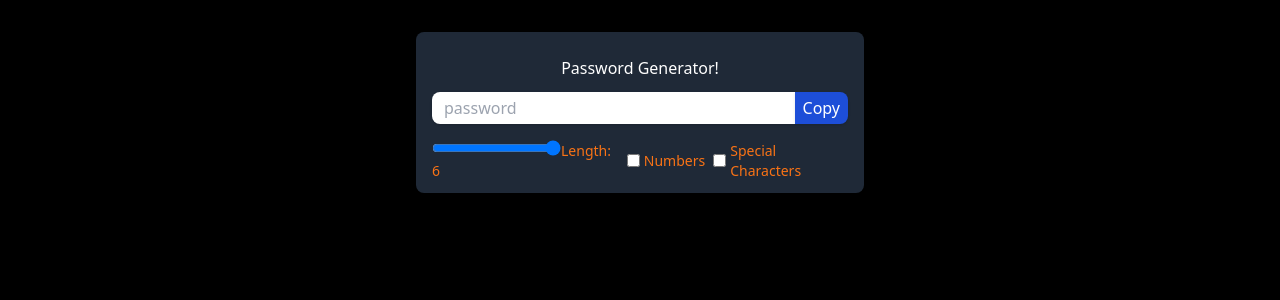
Repository: tirth2014/chai-aur-react
Page: / (app in 05_password-generator/)
An editor plug-in stored every save of this project. The page is shown before and after the next save, followed by the edit.
The browser window is 1280 px wide. The pictures show the whole page.
The project was rebuilt for these pictures with package versions that can differ from the ones it lists, and the page was loaded fresh each time. Also part of the build but not shown: 05_password-generator/vite.config.js.

Above is the page before, as saved 2023-10-07 17:17:57.

### 05_password-generator/src/App.jsx
import { useState } from 'react'

function App() {

  const [password, setPassword] = useState('');
  const [length, setLength] = useState(6);
  const [numsAllowed, setNumsAllowed] = useState(false);
  const [spCharAllowed, setSpCharAllowed] = useState(false);



  return (
    <>
      <div className="w-full max-w-md mx-auto shadow-md rounded-lg px-4 py-3 my-8 bg-gray-800 text-orange-500">
        <h1 className='text-white text-center my-3'>Password Generator!</h1>
        <div className='flex shadow rounded-lg overflow-hidden mb-4'>
          <input
            type="text"
            value={password}
            placeholder='password'
            readOnly
            className='outline-none w-full py-1 px-3'
          />
          <button className='outline-none shadow bg-blue-700 text-white px-2 py-1 shrink-0'>Copy</button>
        </div>
        <div className='flex text-sm gap-x-2'>
          <div>
            <input
            type="range"
            name="passLength"
            id="passLength"
            min={6}
            max={20}
            onChange={(e) => setLength(e.currentTarget.value)}
            />
            <label htmlFor="passLength" >Length: {length}</label>
          </div>
          <div className='flex items-center gap-x-1'>
            <input
            type="checkbox"
            id='numsAllowed'
            defaultChecked={numsAllowed}
            />
            <label htmlFor="numsAllowed">Numbers</label>
          </div>
          <div className='flex items-center gap-x-1'>
            <input
            type="checkbox"
            id='spCharAllowed'
            defaultChecked={spCharAllowed}
            />
            <label htmlFor="spCharAllowed">Special Characters</label>
          </div>
        </div>
      </div>
    </>
  )
}

export default App

Loaded but not shown: 05_password-generator/index.html (common file); 05_password-generator/src/main.jsx (common file); 05_password-generator/src/index.css (common file); 05_password-generator/tailwind.config.js (common file)

After the next save:
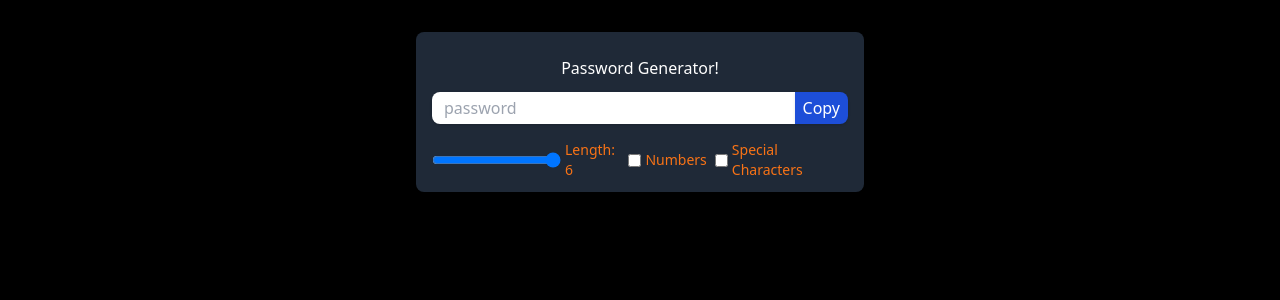
Saved 27 s later.
--- a/05_password-generator/src/App.jsx
+++ b/05_password-generator/src/App.jsx
@@ -24,7 +24,7 @@ function App() {
           <button className='outline-none shadow bg-blue-700 text-white px-2 py-1 shrink-0'>Copy</button>
         </div>
         <div className='flex text-sm gap-x-2'>
-          <div>
+          <div className='flex items-center gap-x-1'>
             <input
             type="range"
             name="passLength"
